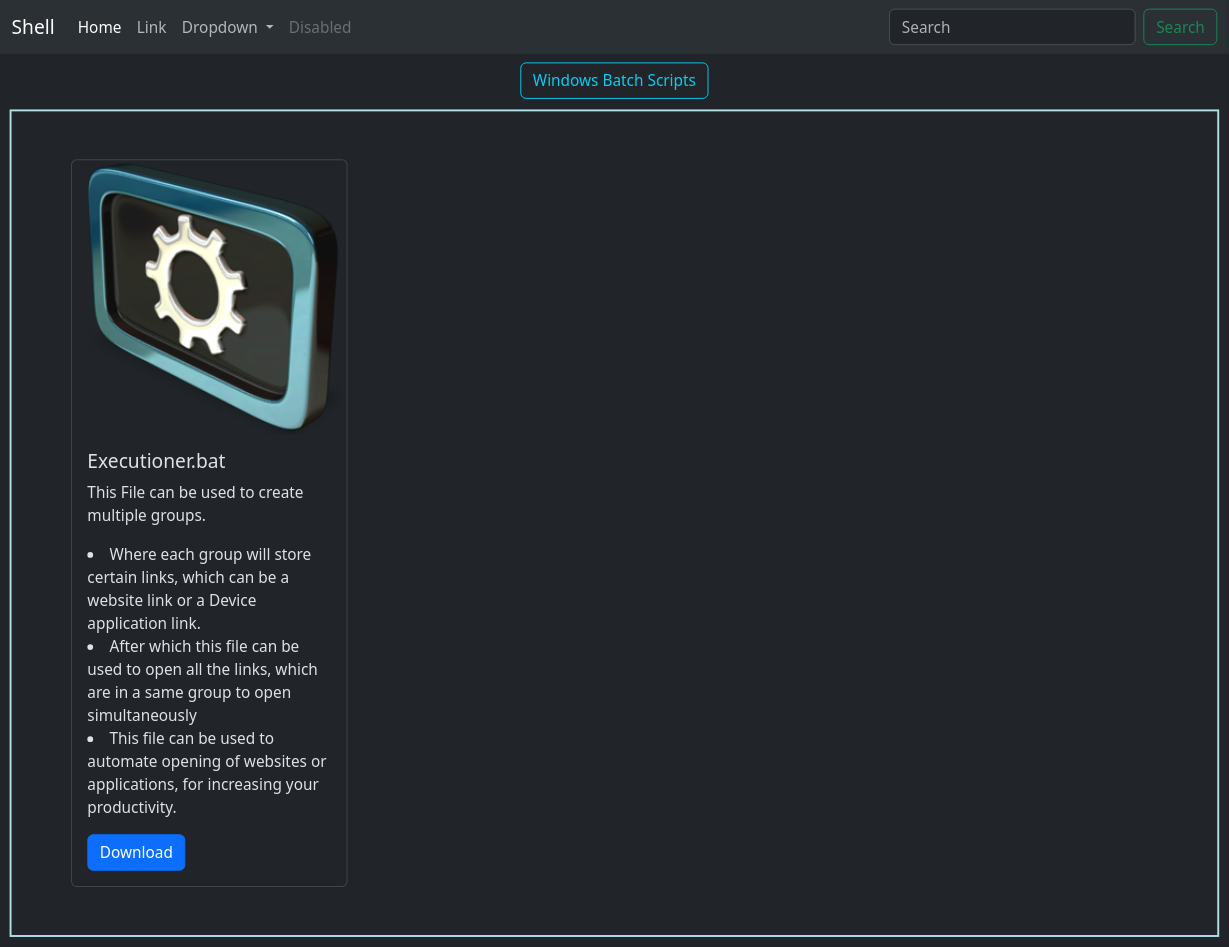
Repository: VictoriousMango/Archive
Page: index.html
The author's editor kept a copy of each file at every save. The page is drawn from the files as they stood at one save, then again after a run of saves.
The browser window is 1280 px wide. The pictures show the whole page, at 96% of full size.

Above is the page before, as saved 2024-06-06 00:57:01.

After the next 2 saves:
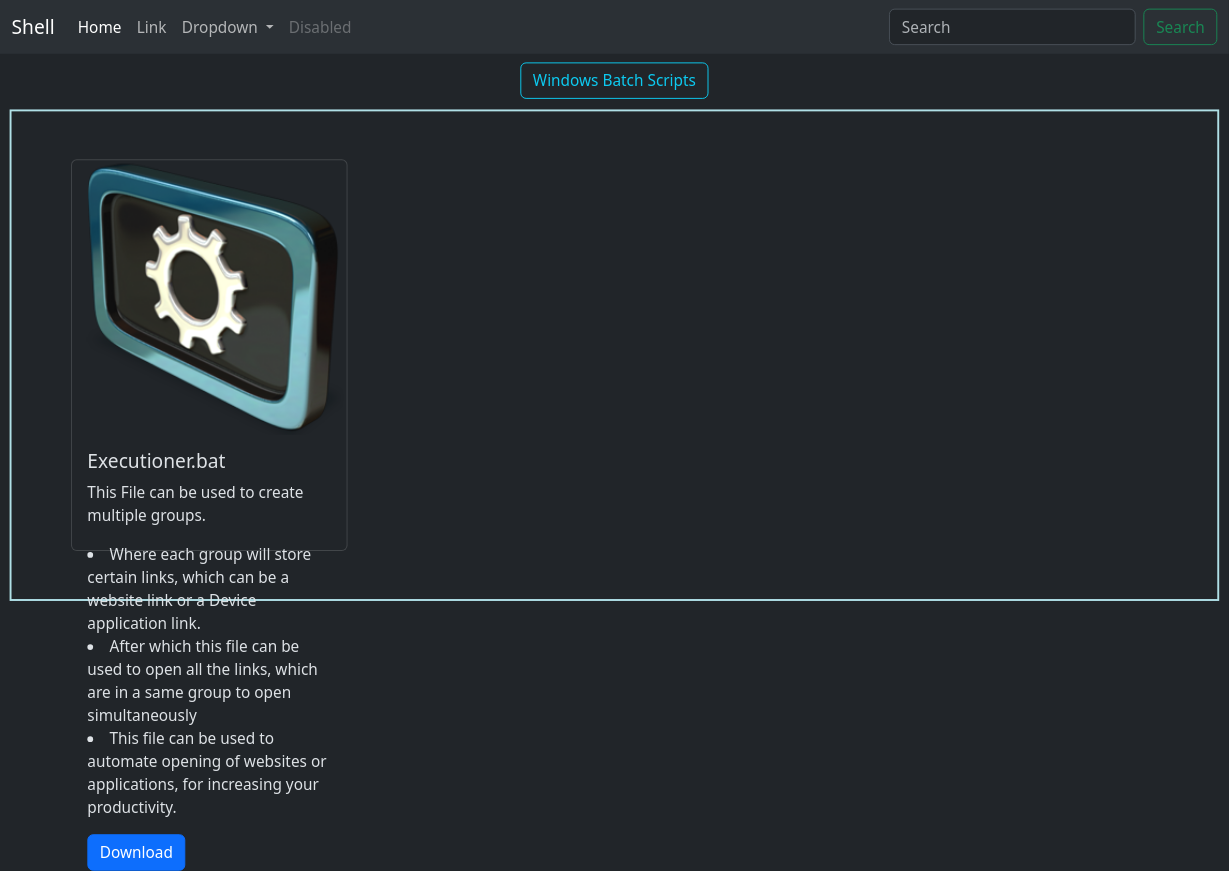
The 2 saves are shown as one change because they came seconds apart.
The last was saved 25 s later.
--- a/index.html
+++ b/index.html
@@ -51,9 +51,9 @@
             <div class="col">
                 <div class="card" style="width: 18rem;">
                     <img src="Images\MS-DOS_Batch_File.png" class="card-img-top" alt="...">
-                    <div class="card-body">
+                    <div class="card-body"  style="max-height: 120px;">
                         <h5 class="card-title">Executioner.bat</h5>
-                        <p class="card-text" style="max-height: 120px;">
+                        <p class="card-text">
                             This File can be used to create multiple groups.
                             <li>Where each group will store certain links, which can be a website link or a Device application link.</li>
                             <li>After which this file can be used to open all the links, which are in a same group to open simultaneously</li>

After the 2 saves that followed:
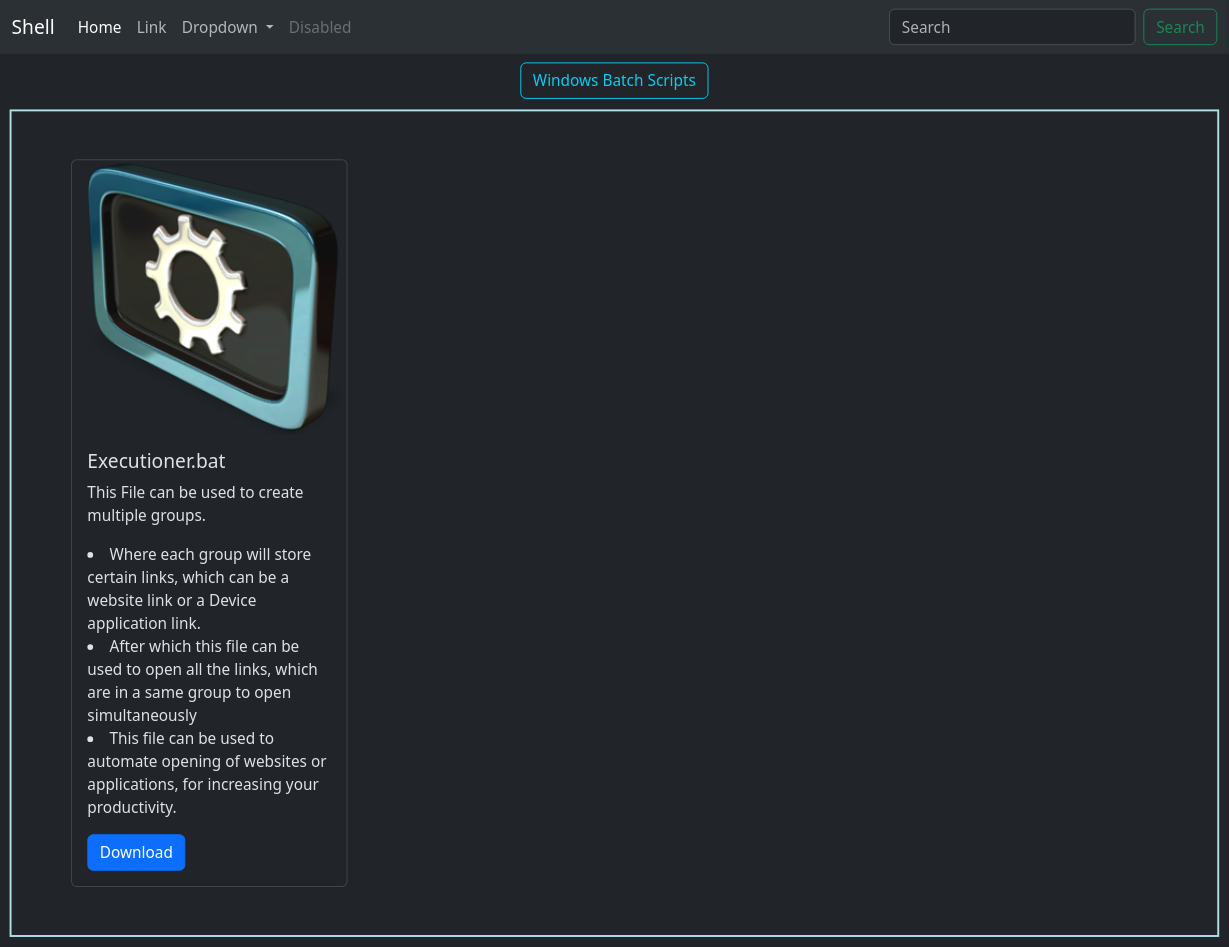
The 2 saves are shown as one change because 1 left the picture as it was.
The last was saved 34 s later.
--- a/index.html
+++ b/index.html
@@ -51,7 +51,7 @@
             <div class="col">
                 <div class="card" style="width: 18rem;">
                     <img src="Images\MS-DOS_Batch_File.png" class="card-img-top" alt="...">
-                    <div class="card-body"  style="max-height: 120px;">
+                    <div class="card-body">
                         <h5 class="card-title">Executioner.bat</h5>
                         <p class="card-text">
                             This File can be used to create multiple groups.
